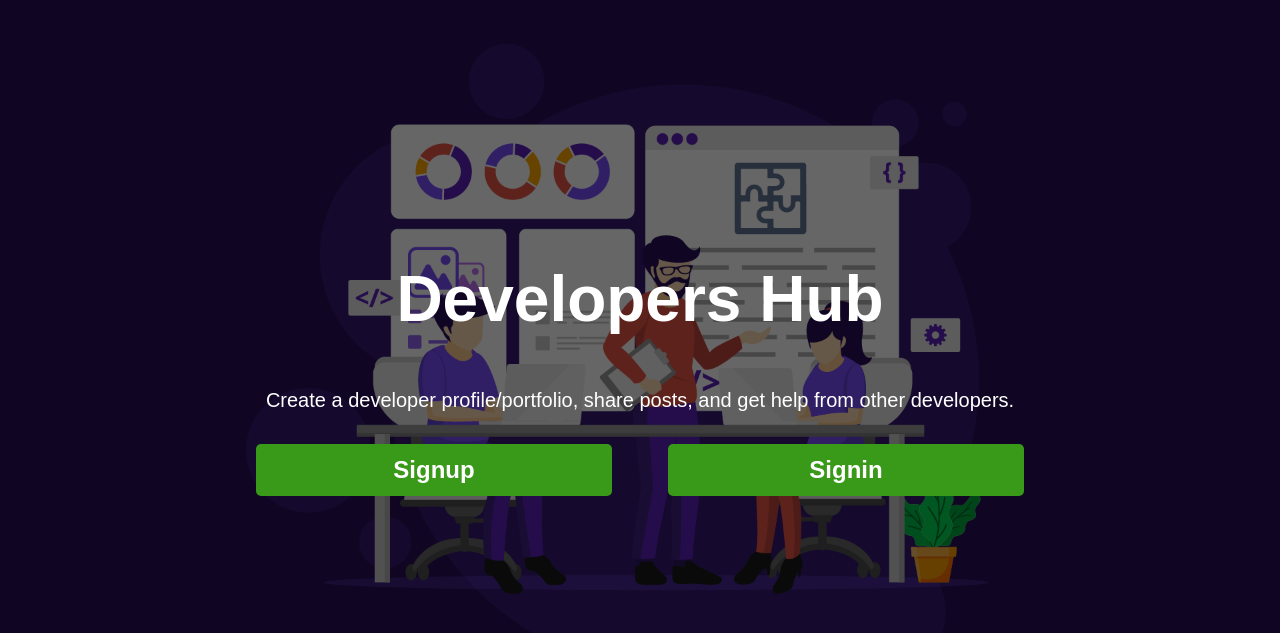
Repository: sayyad-mukthumsa-123/DevMania
Page: / (app in frontend/)
These files come from the project's save history. The page is drawn as it stood at one moment and after the next save; the edit follows.
The browser window is 1280 px wide. The pictures show the whole page.
The project was rebuilt for these pictures with package versions that can differ from the ones it lists, and the page was loaded fresh each time. Also part of the build but not shown: frontend/src/pages/login.js, frontend/src/pages/register.js, frontend/src/pages/Allprofiles.js, frontend/src/pages/MyProfile.js, frontend/src/pages/Indprofile.js.

Above is the page before, as saved 2025-02-28 23:55:27.

### frontend/public/index.html
<!-- public/index.html -->
<!DOCTYPE html>
<html lang="en">
<head>
  <meta charset="UTF-8">
  <meta name="viewport" content="width=device-width, initial-scale=1.0">
  <title>Developers Hub</title>
  <link rel="stylesheet" href="https://cdnjs.cloudflare.com/ajax/libs/font-awesome/5.15.3/css/all.min.css">
</head>
<body>
  <div id="root"></div>
</body>
</html>

### frontend/src/App.js
import React from 'react'
import {BrowserRouter,Route,Routes} from 'react-router-dom'
import Home from './pages/Home'
import Login from './pages/login'
import Register from './pages/register'
import Allprofiles from './pages/Allprofiles'
import MyProfile from './pages/MyProfile'
import Indprofile from './pages/Indprofile'

const App = () => {
  return (
    <div>

      <BrowserRouter>
      <Routes>
        <Route path='/' exact Component={Home}/>
        <Route path='/login' exact Component={Login}/>
        <Route path='/register' exact Component={Register}/>
        <Route path='/allprofiles' exact Component={Allprofiles}/>
        <Route path='/myprofile' exact Component={MyProfile}/>
        <Route path='/indprofile/:fullname/:email/:skill/:id' exact Component={Indprofile}/>
      </Routes>
      </BrowserRouter>
    </div>
  )
}

export default App

### frontend/src/pages/Home.js
import React from 'react';
import { Link } from 'react-router-dom';
import '../styles/styles.css';  // Adjust the path based on your file structure


const Home = () => {
  return (
    <>
      <section className='landing' >
        <div className='dark-overlay'>
          <div className='landing-inner'>

            <h1 className='x-large'>Developers Hub</h1>
            <p className='lead'>
              Create a developer profile/portfolio, share posts, and get help from other developers.
            </p>
            <div className='buttons'>
              <Link to="/register" className="btn btn-auth">Signup</Link>
              <Link to="/login" className="btn btn-auth">Signin</Link>
            </div>
          </div>
        </div>
      </section>
    </>
  );
}
export default Home;

### frontend/src/styles/styles.css
/* General reset */
body, html {
  margin: 0;
  padding: 0;
  font-family: Arial, sans-serif;
  width: 100%;
  min-height: 100vh;

}

/* Navbar styles */
.navbar {
  display: flex;
  justify-content: space-between;
  align-items: center;
  padding: 4px;
  font-size: x-large;
  background-color: #22580f
}

.navbar h1 a {
  color: #ffffff;
  text-decoration: none;
}

.navbar ul {
  list-style: none;
  display: flex;
  margin: 0;
  padding: 10px;
  font-size: larger;
}
.navbar ul li
{
  padding: 10px;
  transition: all 0.3s ease;
}
.navbar ul li:hover
{
  transform: scale(1.2);
}
.navbar ul li {
  margin-left: 1rem;
}

.navbar ul li a {
  color: #ffffff;
  text-decoration: none;
}

/* Landing page styles */
/* .landing {
  height: 100%;
  display: flex;
  align-items: center;
  justify-content: center;
  color: black;
  position: relative;
}

.dark-overlay {
  position: absolute;
  top: 0;
  left: 0;
  right: 0;
  bottom: 0;
}

.landing-inner {
  text-align: center;
  z-index: 2;
  position: relative;
}

.x-large {
  font-size: 4rem;
}

.lead {
  font-size: 1.5rem;
  margin-bottom: 2rem;
  color: black;
}

.buttons .btn ,.btn{
  margin: 3rem 2rem;
  padding: 0.75rem 1.25rem;
  border: none;
  border-radius: 5px;
  cursor: pointer;
  text-decoration: none;
  font-size: x-large;
  background-color:#399918 ;
  color: #ffffff;
}


.btn-auth {
  transition: all 0.3s ease;
}
.btn-auth:hover
{
  transform: scale(1.1);
} */

.landing {
  height: 100vh;
  display: flex;
  align-items: center;
  justify-content: center;
  color: white;
  position: relative;
  background: url('../images/home.png') no-repeat center center/cover;
  text-align: center;
  flex-direction: column;
}

.dark-overlay {
  position: absolute;
  top: 0;
  left: 0;
  right: 0;
  bottom: 0;
  background: rgba(0, 0, 0, 0.6); /* Adds a dark overlay for better text visibility */
  display: flex;
  flex-direction: column;
  justify-content: center;
  align-items: center;
}

.landing-inner {
  text-align: center;
  z-index: 2;
  position: relative;
  padding: 2rem;
  max-width: 800px;
}

.x-large {
  font-size: 4rem;
  font-weight: bold;
}

.lead {
  font-size: 1.5rem;
  margin-bottom: 2rem;
}

.buttons {
  display: flex;
  justify-content: center;
  gap: 1.5rem;
}

.btn, .btn-auth {
  width:500px;
  margin: 1rem;
  padding: 0.75rem 1.5rem;
  border: none;
  border-radius: 8px;
  cursor: pointer;
  text-decoration: none;
  font-size: 1.25rem;
  font-weight: bold;
  background-color: #399918;
  color: #ffffff;
  transition: all 0.3s ease;
}

.btn-auth:hover {
  transform: scale(1.1);
  background-color: #2e7d12;
}

/* Ensure Navbar stays at the top */
.navbar {
  position: absolute;
  top: 0;
  left: 0;
  width: 100%;
  z-index: 3;
}


/* Container styles */
.container {
  width: 700px;
  margin: 2rem auto;
  padding: 30px;
  border: 2px solid #399918;
  color: black;
  border-radius: 8px;
  position: relative; /* To ensure proper z-index handling */
  z-index: 1; /* Ensures the container is above any background effects */
}

/* Form styles */
.form {


  display: flex;
  flex-direction: column;
}

.form-group {
  margin-bottom: 1.5rem;
}

.form-text
{
  margin:5px !important;
}
.form-group input {
  width: 50%;
  padding: 0.75rem;
  font-size: 1rem;
  border: 1px solid black;
  border-radius: 5px;
  transition: border-color 0.3s ease-in-out, box-shadow 0.3s ease-in-out;
}

.form-group input:focus {
  border-color: #f6f7f9;
  box-shadow: 0 0 8px rgba(0, 123, 255, 0.3);
  outline: none;
}

.btn {
  display: inline-block;
  padding: 0.75rem 1.5rem;
  border: none;
  border-radius: 5px;
  cursor: pointer;
  text-decoration: none;
  font-size: 1.5rem;
  text-align: center;
}

/* .btn-primary {
  background-color: #007bff;
  color: #ffffff;
}

.btn-primary:hover {
  background-color: #0056b3;
  opacity: 0.9;
} */

/* .text-primary {
  color: #f6f8fb;
} */

.large {
  margin: 0 !important;
  font-size: 2rem;
  margin-bottom: 1rem;
}

.lead {
  font-size: 1.25rem;
  margin-bottom: 1rem;
}

.error {
  color: red;
  margin-top: 1rem;
}

p {
  margin-top: 1rem;
}
.link-auth{
  color:#399918;
  text-decoration: none;
  cursor: pointer;
  padding-left:10px ;
  transition: all 0.3s ease;
  display: inline-block;
  font-size: large;
}
.link-auth:hover
{
  transform: scale(1.3);
}
/* Profiles styles */
.profiles {
  display: flex;
  flex-direction: column;
  gap: 1rem;
}

.profile {
  background-color: #f4f4f4;
  padding: 1rem;
  display: flex;
  align-items: center;
  border: 1px solid #ccc;
  box-shadow: 0 4px 8px rgba(0, 0, 0, 0.1);
  border-radius: 5px;
  margin-bottom: 1rem;
}

.profile .round-img {
  width: 100px;
  border-radius: 50%;
  margin-right: 1rem;
}

.profile-info {
  flex: 1;
}

.profile-info h2 {
  margin: 0 0 0.5rem 0;
}

.profile-info p {
  margin: 0.5rem 0;
}

.profile-info .btn {
  display: inline-block;
  background-color:#399918;
  color: #fff;
  padding: 0.5rem 1rem;
  text-decoration: none;
  border-radius: 0.25rem;
  margin-top: 0.5rem;
  transition: all 0.3s ease;
}

.profile-info .btn:hover {
  transform: scale(1.1);
  background-color:#399918;
}

.profile-skills {
  list-style: none;
  padding: 0;
  display: flex;
  flex-direction: column;
  gap: 0.5rem;
  margin-left: 1rem;
  color: black;
}

.profile-skills li {
  display: flex;
  align-items: center;
  color:greenyellow;
}

.profile-skills li i {
  margin-right: 0.5rem;
}

/* GitHub Section */
.profile-github {
  margin-top: 1rem;
}

.profile-github h2 {
  margin-bottom: 1rem;
}

.repo {
  background: #fff;
  padding: 1rem;
  margin-bottom: 1rem;
  border: 1px solid #ccc;
}

.repo h4 {
  margin: 0.5rem 0;
}

.repo p {
  margin: 0.5rem 0;
}

/* Form */
.form {
  margin-top: 1rem;
}

.form-group {
  margin-bottom: 10px;
}

.form-group input {
  width: 100%;
  padding: 0.5rem;
  border: 1px solid #ccc;
  border-radius: 0.25rem;
}

.form-group input:focus {
  border-color: #007bff;
  outline: none;
}

/* .btn-primary {
  background: #007bff;
  color: #fff;
  border: none;
  padding: 0.5rem 1rem;
  cursor: pointer;
}

.btn-primary:hover {
  background: #0056b3;
} */

/* Profile Grid */
.profile-grid {
  display: grid;
  grid-template-columns: 1fr;
  grid-gap: 1rem;
  margin-top: 1rem;
}

.profile-top {
  background: #0a0a0a;
  color: #fff;
  padding: 1rem;
  text-align: center;
}

.profile-top img {
  width: 150px;
  border-radius: 50%;
}

.profile-top h1 {
  margin: 0.5rem 0;
}

.profile-top p {
  margin: 0.5rem 0;
}
a{
  color:aqua
}
 .white-text {
  color: black;
}
 .skill-text {
  /* background-color: #5e585c16;  */
  color: #c51414;
  padding: 10px 15px;
  border-radius: 5px;
  display: flex;
  align-items: center;
  font-size: 16px;
  margin-top: 2px;
  /* box-shadow: 0 2px 4px rgba(0, 0, 0, 0.1);  */
}


.skill-text i {
  color: #28a745;
  margin-right: 30px;
}
.taskprovider
{
  color:#28a745;
  text-decoration: none;
  font-size: xx-large;
}

Loaded but not shown: frontend/src/index.js (common file); frontend/src/index.css (common file); frontend/src/reportWebVitals.js (common file)

After the next save:
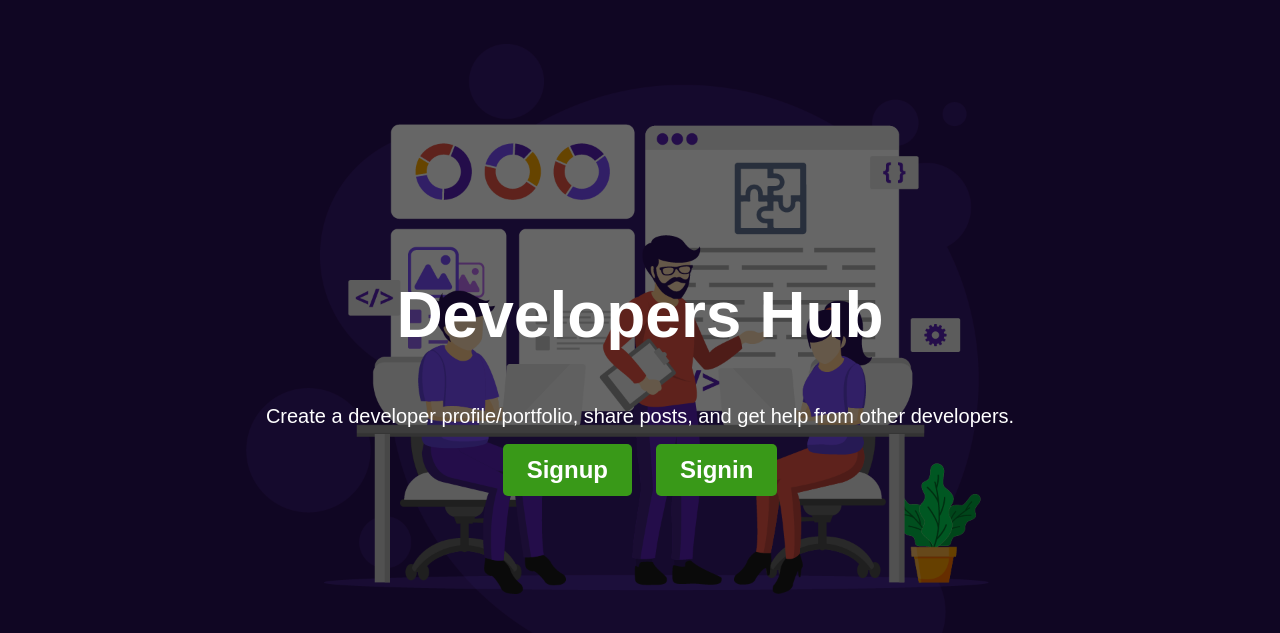
Saved 11 s later.
--- a/frontend/src/styles/styles.css
+++ b/frontend/src/styles/styles.css
@@ -153,8 +153,8 @@ body, html {
 }
 
 .btn, .btn-auth {
-  width:500px;
-  margin: 1rem;
+  width: auto;
+  /* margin: 1rem; */
   padding: 0.75rem 1.5rem;
   border: none;
   border-radius: 8px;
